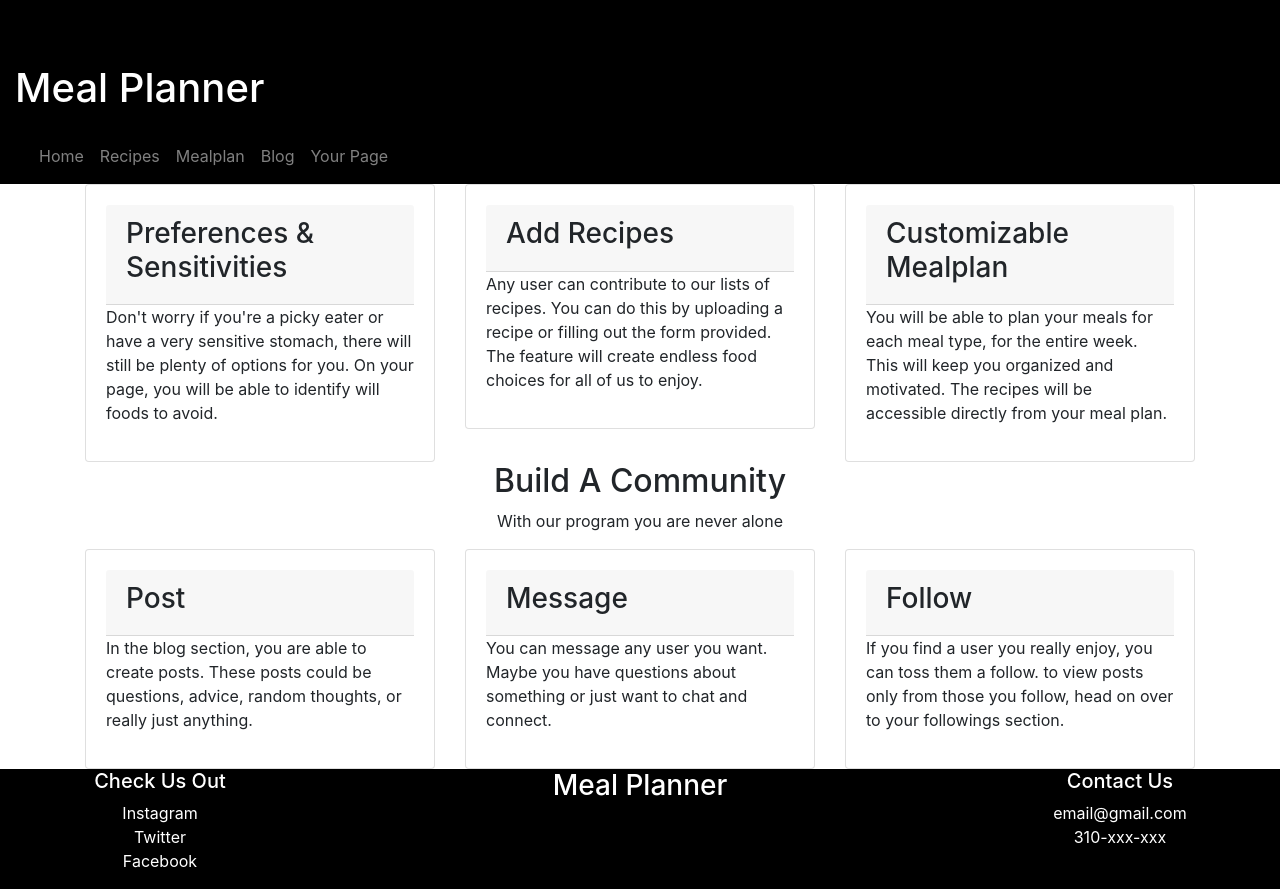
Repository: madisonisfan/mealplanner-react
Page: /
An editor plug-in stored every save of this project. The page is shown before and after the next save, followed by the edit.
The browser window is 1280 px wide. The pictures show the whole page.
The project was rebuilt for these pictures with package versions that can differ from the ones it lists, and the page was loaded fresh each time.

Above is the page before, as saved 2021-04-18 14:08:33.

### src/App.js
import React, { Component } from "react";
import "./App.css";
import Main from "./components/MainComponent";
import { BrowserRouter } from "react-router-dom";

class App extends Component {
  render() {
    return (
      <BrowserRouter>
        <div className="App">
          <Main />
        </div>
      </BrowserRouter>
    );
  }
}

export default App;

### src/App.css
.jumbotron {
  height: 100px;
  margin: 0px !important;
  background-color: black !important;
  color: white;
}

.navbar {
  background-color: black;
  color: black;
}

.site-footer {
  background-color: black;
  color: white;
}

### src/components/MainComponent.js
import React, { Component } from "react";
import Home from "./HomeComponent";
import MainHeader from "./HeaderComponent";
import Footer from "./FooterComponent";
import { Switch, Route, Redirect } from "react-router-dom";

class Main extends Component {
  constructor(props) {
    super(props);
    this.state = {};
  }

  render() {
    return (
      <React.Fragment>
        <MainHeader />
        <Switch>
          <Route path="/home" component={Home} />
          <Redirect to="/home" />
        </Switch>
        <Footer />
      </React.Fragment>
    );
  }
}
export default Main;

### src/components/HomeComponent.js
import React from "react";
import {
  Card,
  CardHeader,
  CardImg,
  CardText,
  CardBody,
  CardTitle,
} from "reactstrap";

function Home(props) {
  return (
    <div className="container">
      <div className="row">
        <div className="col">
          <Card>
            <CardBody>
              <CardHeader>
                <h3>Preferences & Sensitivities</h3>
              </CardHeader>
              <p>
                Don't worry if you're a picky eater or have a very sensitive
                stomach, there will still be plenty of options for you. On your
                page, you will be able to identify will foods to avoid.
              </p>
            </CardBody>
          </Card>
        </div>
        <div className="col">
          <Card>
            <CardBody>
              <CardHeader>
                <h3>Add Recipes</h3>
              </CardHeader>
              <p>
                Any user can contribute to our lists of recipes. You can do this
                by uploading a recipe or filling out the form provided. The
                feature will create endless food choices for all of us to enjoy.
              </p>
            </CardBody>
          </Card>
        </div>
        <div className="col">
          <Card>
            <CardBody>
              <CardHeader>
                <h3>Customizable Mealplan</h3>
              </CardHeader>
              <p>
                You will be able to plan your meals for each meal type, for the
                entire week. This will keep you organized and motivated. The
                recipes will be accessible directly from your meal plan.
              </p>
            </CardBody>
          </Card>
        </div>
      </div>
      {/*row*/}

      <div className="row">
        <div className="col-12 text-center">
          <h2>Build A Community</h2>
          <p>With our program you are never alone</p>
        </div>
      </div>

      <div className="row">
        <div className="col">
          <Card>
            <CardBody>
              <CardHeader>
                <h3>Post</h3>
              </CardHeader>
              <p>
                In the blog section, you are able to create posts. These posts
                could be questions, advice, random thoughts, or really just
                anything.
              </p>
            </CardBody>
          </Card>
        </div>
        <div className="col">
          <Card>
            <CardBody>
              <CardHeader>
                <h3>Message</h3>
              </CardHeader>
              <p>
                You can message any user you want. Maybe you have questions
                about something or just want to chat and connect.
              </p>
            </CardBody>
          </Card>
        </div>
        <div className="col">
          <Card>
            <CardBody>
              <CardHeader>
                <h3>Follow</h3>
              </CardHeader>
              <p>
                If you find a user you really enjoy, you can toss them a follow.
                to view posts only from those you follow, head on over to your
                followings section.
              </p>
            </CardBody>
          </Card>
        </div>
      </div>
    </div>
  );
}

export default Home;

### src/components/HeaderComponent.js
import React, { Component } from "react";
import {
  Jumbotron,
  Navbar,
  NavbarBrand,
  NavItem,
  NavLink,
  NavbarToggler,
  Collapse,
  Nav,
} from "reactstrap";

function MainHeader(props) {
  return (
    <React.Fragment>
      <Jumbotron fluid>
        <div className="container-fluid">
          <div className="row  align-items-center">
            <div className="col">
              <h1>Meal Planner</h1>
            </div>
          </div>
        </div>
      </Jumbotron>
      <MainNav />
    </React.Fragment>
  );
}

class MainNav extends Component {
  constructor(props) {
    super(props);
    this.state = {
      isNavOpen: true,
    };
  }
  toggleNav() {
    this.setState({ isNavOpen: !this.state.isNavOpen });
  }

  render() {
    return (
      <Navbar dark sticky="top" expand="md">
        <div className="container-fluid">
          <NavbarToggler isClick={this.toggleNav}></NavbarToggler>
          <Collapse isOpen={this.state.isNavOpen} navbar>
            <Nav navbar>
              <NavItem>
                <NavLink className="nav-link" to="/home">
                  Home
                </NavLink>
              </NavItem>
              <NavItem>
                <NavLink className="nav-link" to="/recipes">
                  Recipes
                </NavLink>
              </NavItem>
              <NavItem>
                <NavLink className="nav-link" to="/mealplan">
                  Mealplan
                </NavLink>
              </NavItem>
              <NavItem>
                <NavLink className="nav-link" to="/blog">
                  Blog
                </NavLink>
              </NavItem>
              <NavItem>
                <NavLink className="nav-link" to="/yourpage">
                  Your Page
                </NavLink>
              </NavItem>
            </Nav>
          </Collapse>
        </div>
      </Navbar>
    );
  }
}

export default MainHeader;

### src/components/FooterComponent.js
import React from "react";

function Footer(props) {
  return (
    <footer className="site-footer">
      <div className="container-fluid">
        <div className="row">
          <div className="col col-sm-3 text-center">
            <h5>Check Us Out</h5>
            <ul class="list-unstyled">
              <li>Instagram</li>
              <li>Twitter</li>
              <li>Facebook</li>
            </ul>
          </div>

          <div class="col-6 text-center d-none d-sm-block">
            <h3>Meal Planner</h3>
          </div>

          <div class="col col-sm-3 text-center">
            <h5>Contact Us</h5>
            <ul class="list-unstyled">
              <li>
                <a>email@gmail.com</a>
              </li>
              <li>
                <a>310-xxx-xxx</a>
              </li>
            </ul>
          </div>
        </div>
      </div>
      {/*Container */}
    </footer>
  );
}

export default Footer;

Loaded but not shown: public/index.html (common file); src/index.js (common file); src/index.css (common file); src/reportWebVitals.js (common file)

After the next save:
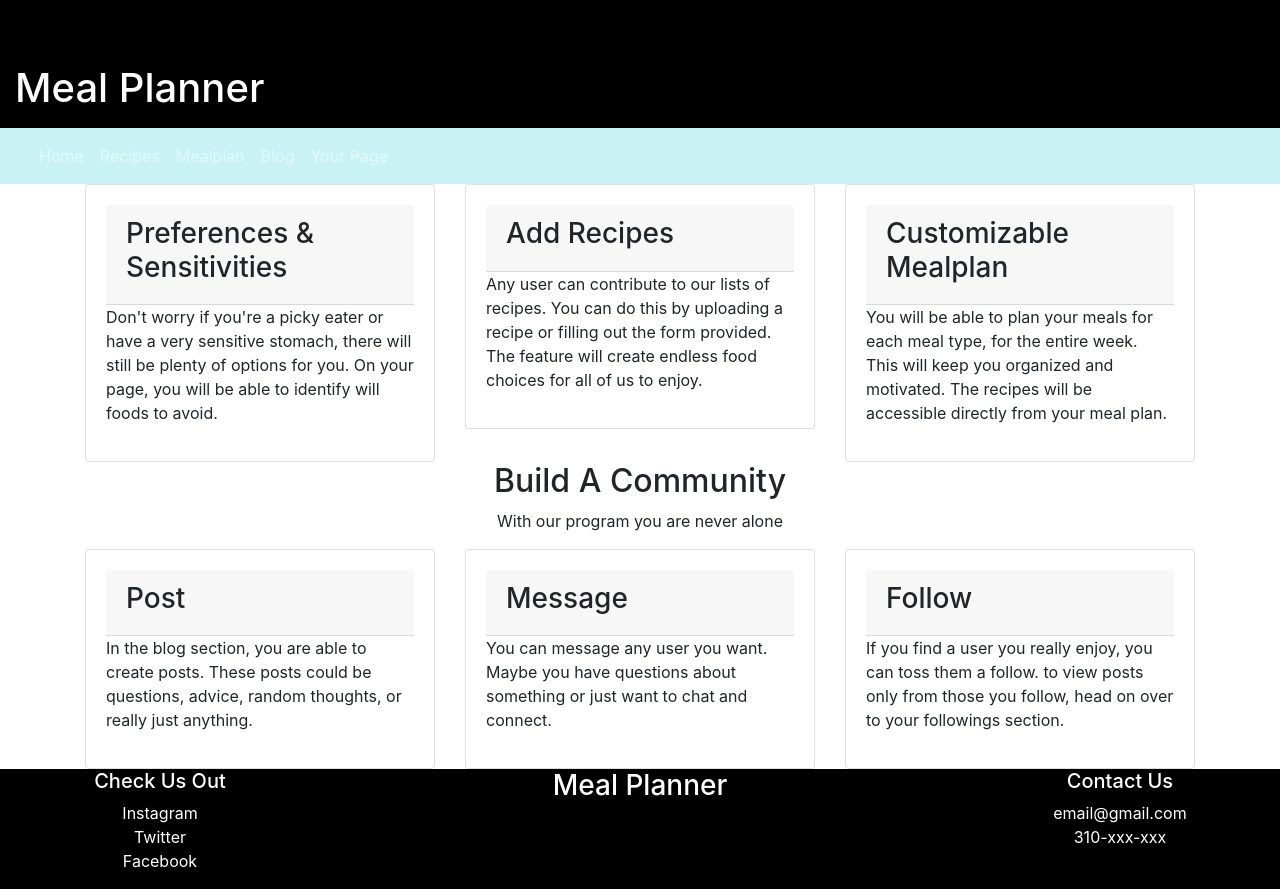
Saved 10 s later.
--- a/src/App.css
+++ b/src/App.css
@@ -6,7 +6,7 @@
 }
 
 .navbar {
-  background-color: black;
+  background-color: #c2f1f3e3;
   color: black;
 }
 

After the 3 saves that followed:
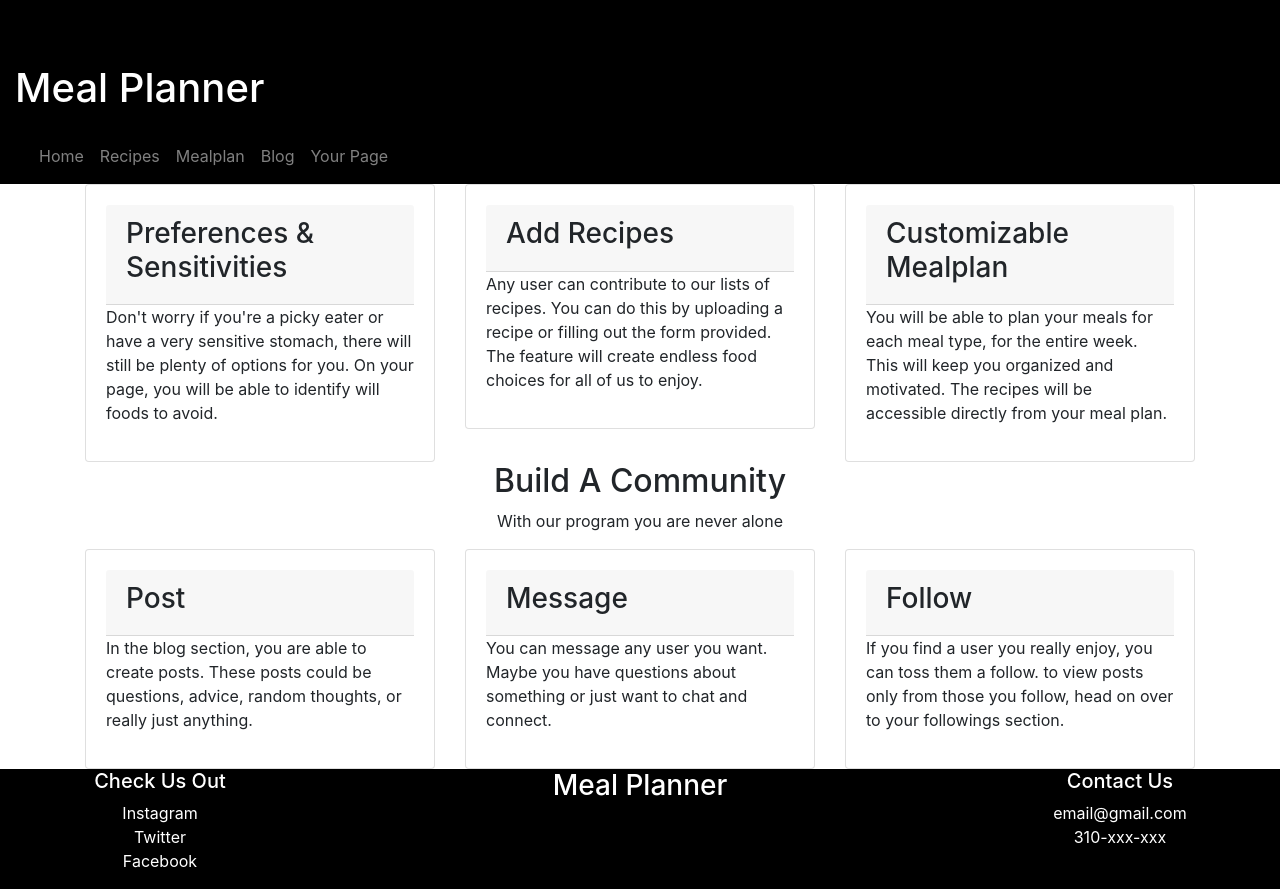
The 3 saves are shown as one change because 1 left the picture as it was and some came seconds apart.
The last was saved 21 s later.
--- a/src/App.css
+++ b/src/App.css
@@ -6,8 +6,8 @@
 }
 
 .navbar {
-  background-color: #c2f1f3e3;
-  color: black;
+  background-color: black;
+  color: black !important;
 }
 
 .site-footer {
